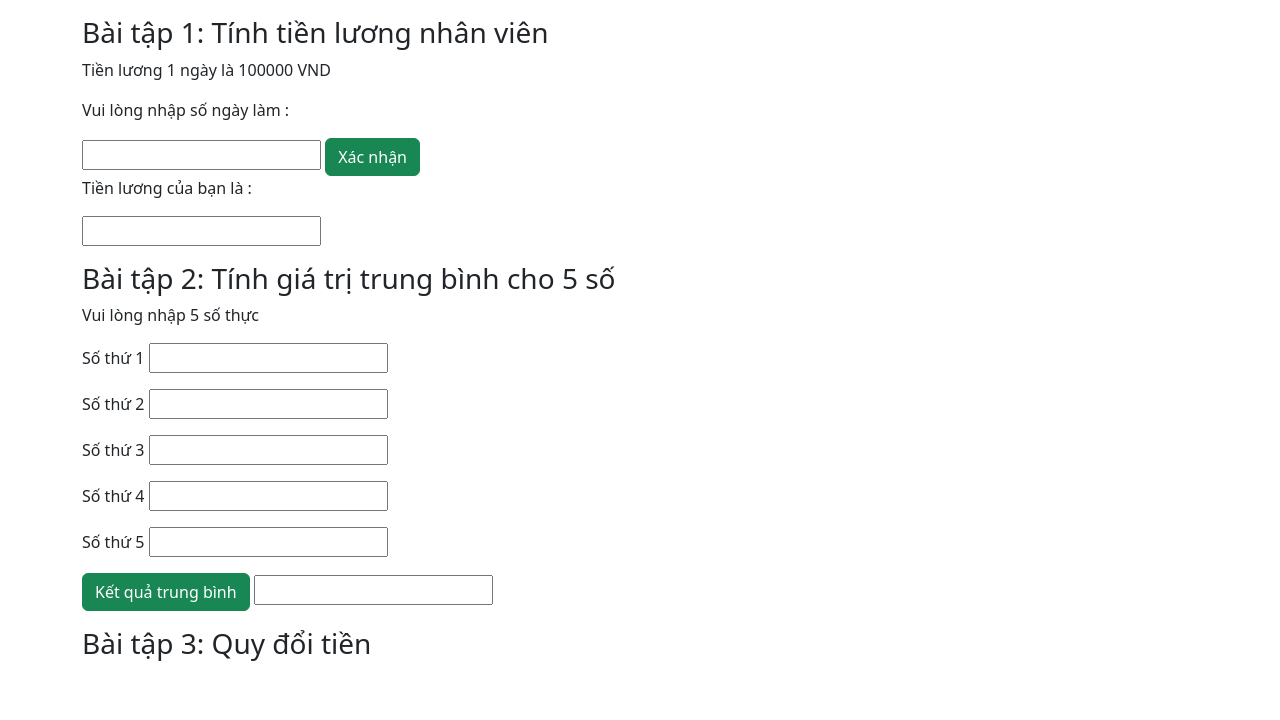
Repository: hcozyph/TranHuuPhuoc_BC43_BT_JS_Buoi2
Page: index.html
The author's editor kept a copy of each file at every save. The page is drawn from the files as they stood at one save, then again after the next save.
The browser window is 1280 px wide. The pictures show the whole page.

Above is the page before, as saved 2023-01-21 22:15:23.

### index.html
<!DOCTYPE html>
<html lang="en">
    <head>
        <title>BT JS - Buoi 1</title>
        <!-- Required meta tags -->
        <meta charset="utf-8" />
        <meta
            name="viewport"
            content="width=device-width, initial-scale=1, shrink-to-fit=no"
        />

        <!-- Bootstrap CSS v5.2.1 -->
        <link
            href="https://cdn.jsdelivr.net/npm/bootstrap@5.2.1/dist/css/bootstrap.min.css"
            rel="stylesheet"
            integrity="sha384-iYQeCzEYFbKjA/T2uDLTpkwGzCiq6soy8tYaI1GyVh/UjpbCx/TYkiZhlZB6+fzT"
            crossorigin="anonymous"
        />

        <!-- FontAwesome 6.2.0 CSS -->
        <link
            rel="stylesheet"
            href="https://cdnjs.cloudflare.com/ajax/libs/font-awesome/6.2.0/css/all.min.css"
            integrity="sha512-xh6O/CkQoPOWDdYTDqeRdPCVd1SpvCA9XXcUnZS2FmJNp1coAFzvtCN9BmamE+4aHK8yyUHUSCcJHgXloTyT2A=="
            crossorigin="anonymous"
            referrerpolicy="no-referrer"
        />

        <!-- index.css -->
        <link rel="stylesheet" href="./style/index.css" />
    </head>

    <body>
        <!-- BT1 -->
        <div class="container">
            <div class="BT1">
                <h1 class="fs-3 mt-3">Bài tập 1: Tính tiền lương nhân viên</h1>
                <p>Tiền lương 1 ngày là 100000 VND</p>
                <p>Vui lòng nhập số ngày làm :</p>
                <input type="number" id="soNgayLam" />
                <button
                    class="btn btn-success"
                    id="btnXacNhan"
                    onclick="inputSoNgayLam()"
                >
                    Xác nhận
                </button>
                <p>Tiền lương của bạn là :</p>
                <input type="text" id="result" />
            </div>

            <!-- BT2 -->
            <div class="BT2">
                <h1 class="fs-3 mt-3">
                    Bài tập 2: Tính giá trị trung bình cho 5 số
                </h1>
                <p>Vui lòng nhập 5 số thực</p>

                <p>Số thứ 1 <input type="number" id="n1" /></p>
                <p>Số thứ 2 <input type="number" id="n2" /></p>
                <p>Số thứ 3 <input type="number" id="n3" /></p>
                <p>Số thứ 4 <input type="number" id="n4" /></p>
                <p>Số thứ 5 <input type="number" id="n5" /></p>

                <button
                    class="btn btn-success"
                    id="btnAverage"
                    onclick="average()"
                >
                    Kết quả trung bình
                </button>
                <input type="text" id="average" />
            </div>

            <!-- BT3 -->
            <div class="BT3">
                <h1 class="fs-3 mt-3">Bài tập 3: Quy đổi tiền</h1>
            </div>
        </div>

        <!-- Bootstrap JavaScript Libraries -->
        <script
            src="https://cdn.jsdelivr.net/npm/@popperjs/core@2.11.6/dist/umd/popper.min.js"
            integrity="sha384-oBqDVmMz9ATKxIep9tiCxS/Z9fNfEXiDAYTujMAeBAsjFuCZSmKbSSUnQlmh/jp3"
            crossorigin="anonymous"
        ></script>

        <script
            src="https://cdn.jsdelivr.net/npm/bootstrap@5.2.1/dist/js/bootstrap.min.js"
            integrity="sha384-7VPbUDkoPSGFnVtYi0QogXtr74QeVeeIs99Qfg5YCF+TidwNdjvaKZX19NZ/e6oz"
            crossorigin="anonymous"
        ></script>

        <!-- index.js -->
        <script src="./index.js"></script>
    </body>
</html>

### index.js
//BT1: Tính tiền lương nhân viên
function inputSoNgayLam () {
    //input
    var soNgayLam = document.getElementById('soNgayLam').value;
    var luongMotNgay = 100000;
    //output
    var result = 0;

    var result = parseInt(soNgayLam) * parseInt(luongMotNgay);

    document.getElementById('result').value = result + 'VND';
}

//BT2: Tính trung bình cộng 5 số
function average () {
    //input
    var n1 = document.getElementById('n1').value;
    var n2 = document.getElementById('n2').value;
    var n3 = document.getElementById('n3').value;
    var n4 = document.getElementById('n4').value;
    var n5 = document.getElementById('n5').value;
    //output
    var average = 0;
    var soLuongInput = 5;

    var sum = parseFloat(n1) + parseFloat(n2) + parseFloat(n3) + parseFloat(n4) + parseFloat(n5);

    var average =  sum / parseFloat(soLuongInput) ;

    document.getElementById('average').value = average;
}

/*
Link vercel:
https://tran-huu-phuoc-bc-43-bt-js-buoi1.vercel.app/
*/

Loaded but not shown: style/index.css (no stored copy; drawn as an empty file)

After the next save:
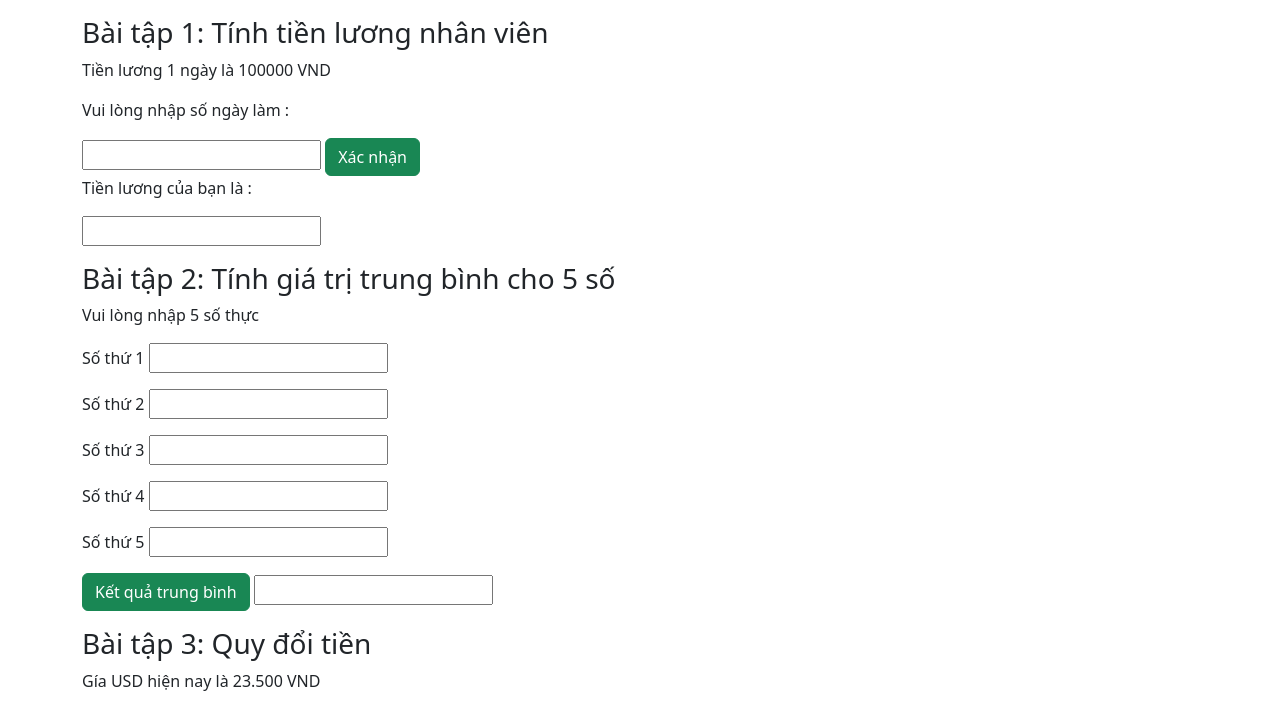
Saved 54 s later.
--- a/index.html
+++ b/index.html
@@ -75,6 +75,7 @@
             <!-- BT3 -->
             <div class="BT3">
                 <h1 class="fs-3 mt-3">Bài tập 3: Quy đổi tiền</h1>
+                <p>Gía USD hiện nay là 23.500 VND</p>
             </div>
         </div>
 
